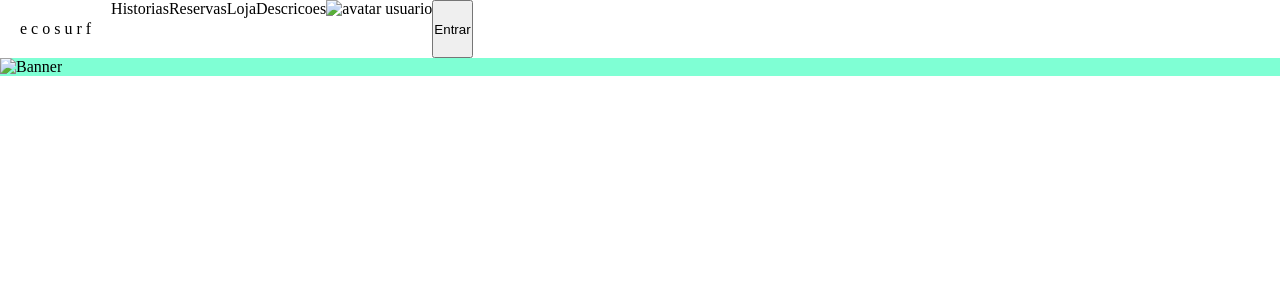
Repository: jorgprado/html-css-js
Page: blog-ecosurf/index.html
The author's editor kept a copy of each file at every save. The page is drawn from the files as they stood at one save, then again after a run of saves.
The browser window is 1280 px wide. The pictures show the whole page.

Above is the page before, as saved 2023-05-15 21:24:04.

### blog-ecosurf/index.html
<!DOCTYPE html>
<html lang="pt-br">
<head>
    <meta charset="UTF-8">
    <meta http-equiv="X-UA-Compatible" content="IE=edge">
    <meta name="viewport" content="width=device-width, initial-scale=1.0">
    <link rel="stylesheet" href="css/style.css">
    <title>Ecosurf</title>
</head>
<body>
    <main>
        <header>
            <p class="logo "><span>e</span>
                <span>c</span>
                <span>o</span>
                <span>s</span>
                <span>u</span>
                <span>r</span>
                <span>f</span>
            </p>
            <menu>
                <p>Historias</p>
                <p>Reservas</p>
                <p>Loja</p>
                <p>Descricoes</p>
            </menu>
            <img src="#" alt="avatar usuario">
            <button>Entrar</button>

        </header>
        <div class="banner">
            <img src="" alt="Banner">
        </div>


    </main>
</body>
</html>

### blog-ecosurf/css/style.css
@charset "UTF-8";

*{
    padding: 0;
    margin: 0;
}

header {
    display: flex;
}

.logo{
    padding: 20px 20px;

}

header menu{
    display: flex;

}

.banner{
    margin: auto;
    background-color: aquamarine;
}

After the next 4 saves:
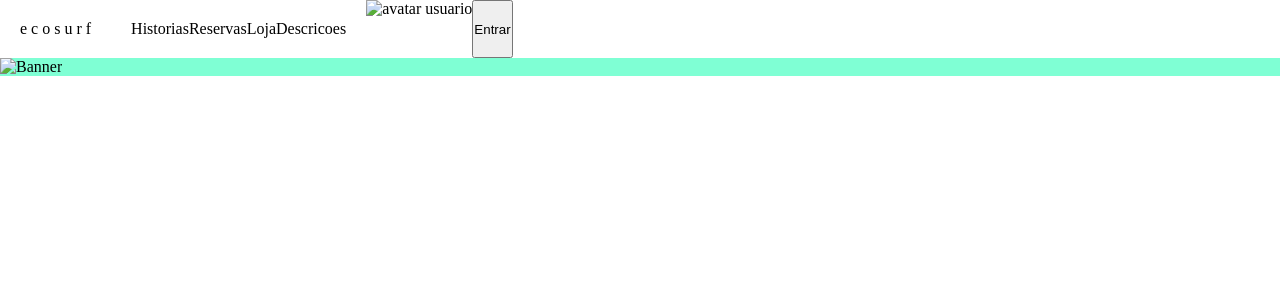
The 4 saves are shown as one change because they came seconds apart.
The last was saved 25 s later.
--- a/blog-ecosurf/css/style.css
+++ b/blog-ecosurf/css/style.css
@@ -16,7 +16,7 @@ header {
 
 header menu{
     display: flex;
-
+    padding: 20px 20px;
 }
 
 .banner{
